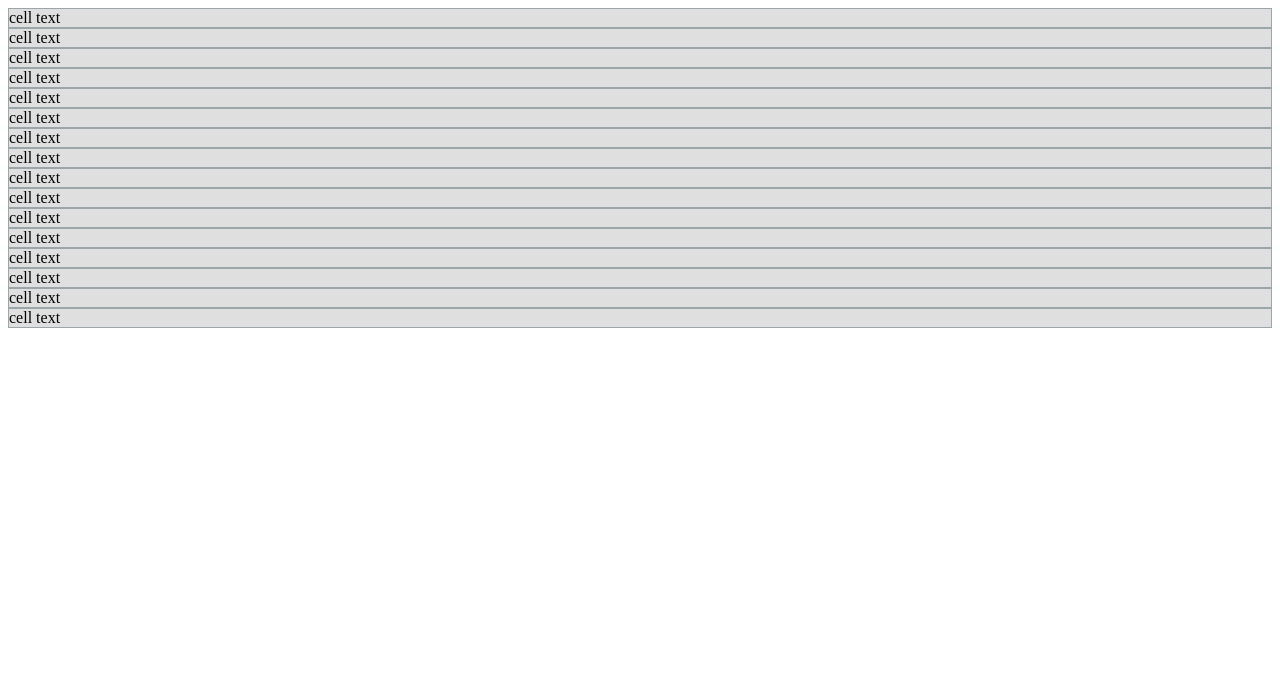
Repository: weazzyefff/Project-Etch-A-Sketch
Page: index.html
The author's editor kept a copy of each file at every save. The page is drawn from the files as they stood at one save, then again after the next save.
The browser window is 1280 px wide. The pictures show the whole page.

Above is the page before, as saved 2022-11-29 20:02:49.

### index.html
<!DOCTYPE html>
<html>

<head>
	<meta charset="utf-8">
	<meta name="viewport" content="width=device-width, initial-scale=1">
	<title>Etch-A-Sketch</title>
    <link rel="stylesheet" href="style.css">
</head>

<body>
    <div id="container"></div>
	<script src="script.js"></script>
</body>

</html>

### style.css
/*#grid {
    display: grid
}*/


.cell {
    border: 1px solid #9ba6a8;
    background: #dfdfdf;
  }

### script.js
if (typeof window !== 'undefined') {
    console.log('You are on the browser')
  } else {
    console.log('You are on the server')
  }
//Create the container for the divs
const container = document.querySelector('#container');
const grid = getGrid(16);


//Create Grid
function getGrid(gridNum) {
 for (g = 1; g <= gridNum; g++) {
    let cell = document.createElement('div');
    cell.className = 'cell';
    cell.textContent = 'cell text'
    container.appendChild(cell);
 }
}

After the next save:
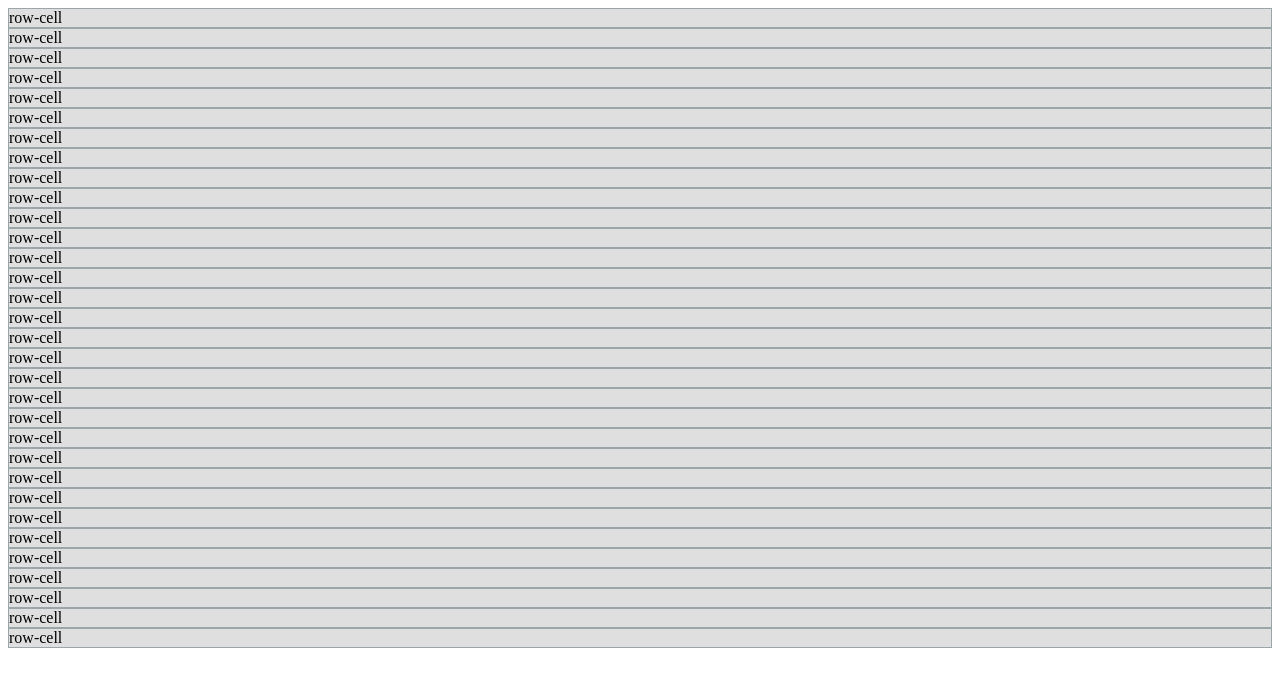
Saved 7 min 54 s later.
--- a/script.js
+++ b/script.js
@@ -1,19 +1,29 @@
+
+//Initial check to see that we are running on browser/ server
 if (typeof window !== 'undefined') {
     console.log('You are on the browser')
   } else {
     console.log('You are on the server')
   }
-//Create the container for the divs
+
+//Select the container for the divs (from ID)
 const container = document.querySelector('#container');
-const grid = getGrid(16);
+const grid = getGrid(16,16);
 
 
 //Create Grid
-function getGrid(gridNum) {
- for (g = 1; g <= gridNum; g++) {
-    let cell = document.createElement('div');
-    cell.className = 'cell';
-    cell.textContent = 'cell text'
-    container.appendChild(cell);
+function getGrid(rows, columns) {
+ for (r = 1; r <= rows; r++) {
+    let rowCell = document.createElement('div');
+    rowCell.className = 'cell';
+    rowCell.textContent = 'row-cell'
+    container.appendChild(rowCell);
+ }
+ for (c = 1; c <= columns; c++) {
+    let colCell = document.createElement('div');
+    colCell.className = 'cell';
+    colCell.textContent = 'row-cell'
+    container.appendChild(colCell);
+
  }
 }
